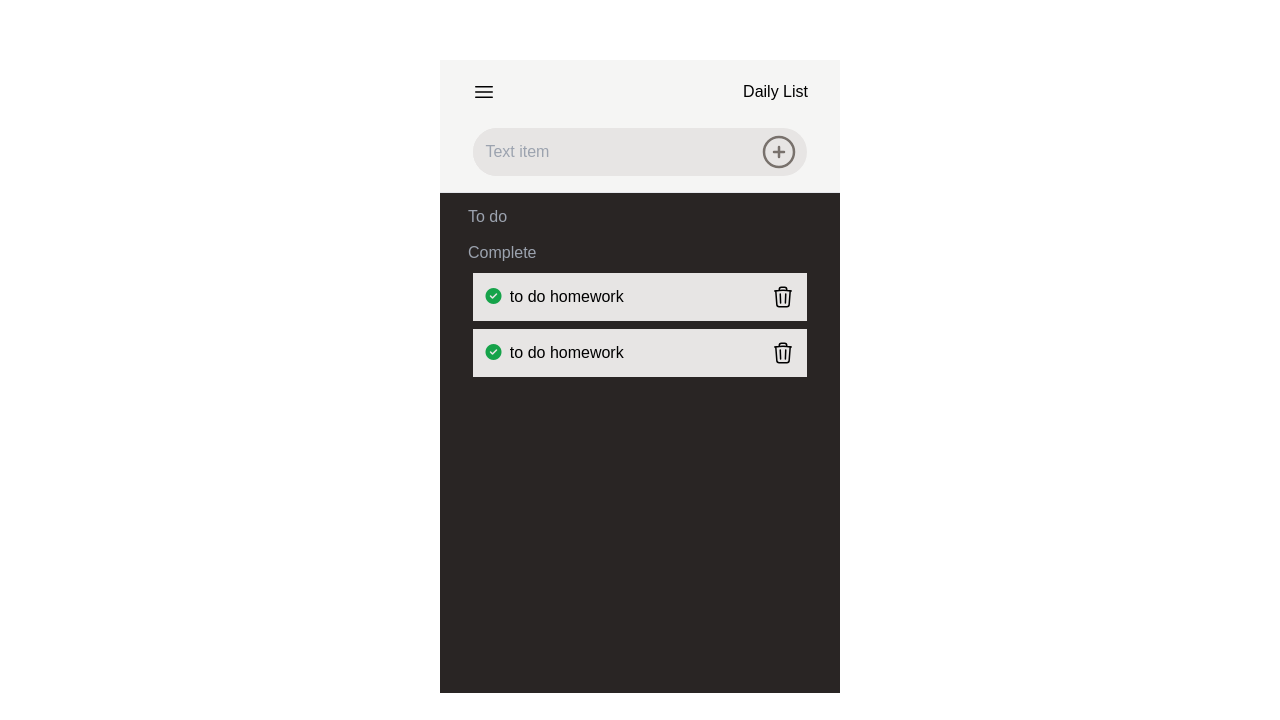
Repository: hsumyatm7308/TodolistbyPHP
Page: http://localhost/
An editor plug-in stored every save of this project. The page is shown before and after the next save, followed by the edit.
The browser window is 1280 px wide. The pictures show the whole page.
Some web libraries are served in a nearby version. The page is run by PHP 8.4 with error messages shown; the project is at /var/www/html/. Queries for data that is not in the repository find no rows.

Above is the page before, as saved 2023-07-09 22:32:17.

### index.php
<!DOCTYPE html>
<html lang="en">

<head>
    <meta charset="UTF-8">
    <meta name="viewport" content="width=device-width, initial-scale=1.0">
    <title>To Do List</title>
    <link rel="stylesheet" href="https://cdnjs.cloudflare.com/ajax/libs/font-awesome/6.4.0/css/all.min.css">
    <script src="https://cdn.tailwindcss.com"></script>

    <style>
        * {
            font-family: sans-serif;
        }
    </style>

</head>

<body>
    <div class="w-screen h-screen container flex justify-center items-center">
        <div class="w-[400px] h-[600px] bg-stone-100">
            <!-- header nav  -->
            <div class="w-full h-14 flex justify-between items-center p-8">
                <div>
                    <svg xmlns="http://www.w3.org/2000/svg" fill="none" viewBox="0 0 24 24" stroke-width="1.5"
                        stroke="currentColor" class="w-6 h-6">
                        <path stroke-linecap="round" stroke-linejoin="round"
                            d="M3.75 6.75h16.5M3.75 12h16.5m-16.5 5.25h16.5" />
                    </svg>

                </div>
                <div>
                    <h4> Daily List</h4>
                </div>
            </div>

            <?php

            include("create.php");

            ?>

            <div class="w-full h-[500px] bg-stone-800 overflow-y-scroll scrollbar-hide">

                <?php

                include("updatetodo.php");
                include("complete.php");

                ?>
            </div>







        </div>
    </div>
</body>

</html>

### create.php
<?php
session_start();
ini_set('display_errors', 1);

require_once("database.php");

if ($_SERVER['REQUEST_METHOD'] === 'POST') {
    global $conn;

    $getdata = $_POST['textbox'];


    try {
        $stmt = $conn->prepare("INSERT INTO todolist (task) VALUES ( :task)");


        $task = $getdata;


        $stmt->bindParam(':task', $task);

        $stmt->execute();
    } catch (Exception $e) {
        echo "Error Found: " . $e->getMessage();
    }
}


?>





<!-- to do form  -->
<form action="" method="post" enctype="multipart/form-data">


    <div class="w-full h-auto flex justify-center items-center p-1">
        <div class="w-[85%] h-auto bg-stone-200 flex justify-between items-center rounded-3xl">
            <input type="text" name="textbox"
                class="w-[85%] bg-stone-200 rounded-tl-3xl rounded-bl-3xl p-3 focus:outline-none"
                placeholder="Text item">

            <button type="submit" name="submit" class="">
                <svg xmlns="http://www.w3.org/2000/svg" fill="none" viewBox="0 0 24 24" stroke-width="1.5"
                    stroke="currentColor" class="w-10 h-10 mr-2 text-stone-500 hover:text-stone-600">
                    <path stroke-linecap="round" stroke-linejoin="round"
                        d="M12 9v6m3-3H9m12 0a9 9 0 11-18 0 9 9 0 0118 0z" />
                </svg>
            </button>
        </div>

    </div>
    <hr class="mt-3">
</form>

### database.php
<?php

$dbhost = 'localhost';
$dbuser = 'root';
$dbpass = '';
$dbname = 'hmmdb';


try{

    $conn = new PDO("mysql:host=$dbhost;dbname=$dbname", $dbuser, $dbpass);
    $conn->setAttribute(PDO::ATTR_ERRMODE, PDO::ERRMODE_EXCEPTION);

    // echo "Connection successful";


}catch(Exception $e){
    "Error Found:".$e->getMessage();
}




?>

### updatetodo.php
<?php

// session_start();
ini_set('display_errors', 1);

require_once("database.php");
require_once("create.php");

try {

    global $conn;

    $stmt = $conn->prepare("SELECT id,task FROM todolist");
    $stmt->execute();



} catch (Exception $e) {
    "Found Error : " . $e->getMessage();
}

?>








<!-- update to do  -->
<form action="" method="post" class="mt-3" enctype="multipart/form-data">
    <h3 class="text-gray-400 ml-7 mb-1">To do</h3>


    <?php while ($row = $stmt->fetch()): ?>

        <div name="taskitems" class="w-full h-auto flex justify-center items-center p-1">


            <div class="w-[85%] h-auto bg-stone-200 flex justify-between items-center p-3">
                <span>
                    <i class="fa-regular fa-circle-check"></i>
                    <span class="ml-1">
                        <?php echo $row['task'] ?>
                    </span>
                </span>

                <div>
                    <svg xmlns="http://www.w3.org/2000/svg" fill="none" viewBox="0 0 24 24" stroke-width="1.5"
                        stroke="currentColor" class="w-6 h-6">
                        <path stroke-linecap="round" stroke-linejoin="round"
                            d="M16.862 4.487l1.687-1.688a1.875 1.875 0 112.652 2.652L10.582 16.07a4.5 4.5 0 01-1.897 1.13L6 18l.8-2.685a4.5 4.5 0 011.13-1.897l8.932-8.931zm0 0L19.5 7.125M18 14v4.75A2.25 2.25 0 0115.75 21H5.25A2.25 2.25 0 013 18.75V8.25A2.25 2.25 0 015.25 6H10" />
                    </svg>
                </div>
            </div>



        </div>

    <?php endwhile; ?>







</form>

### complete.php
      <!-- complete work -->
      <form action="" method="post" class="mt-3" enctype="multipart/form-data">
                <h3 class="text-gray-400 ml-7 mb-1">Complete</h3>

                <div class="w-full h-auto flex justify-center items-center p-1">


                    <div class="w-[85%] h-auto bg-stone-200 flex justify-between items-center p-3">

                        <span>
                            <i class="fa-solid fa-circle-check text-green-600"></i>
                            <span class="ml-1">to do homework</span>
                        </span>

                        <div>
                            <svg xmlns="http://www.w3.org/2000/svg" fill="none" viewBox="0 0 24 24" stroke-width="1.5"
                                stroke="currentColor" class="w-6 h-6">
                                <path stroke-linecap="round" stroke-linejoin="round"
                                    d="M14.74 9l-.346 9m-4.788 0L9.26 9m9.968-3.21c.342.052.682.107 1.022.166m-1.022-.165L18.16 19.673a2.25 2.25 0 01-2.244 2.077H8.084a2.25 2.25 0 01-2.244-2.077L4.772 5.79m14.456 0a48.108 48.108 0 00-3.478-.397m-12 .562c.34-.059.68-.114 1.022-.165m0 0a48.11 48.11 0 013.478-.397m7.5 0v-.916c0-1.18-.91-2.164-2.09-2.201a51.964 51.964 0 00-3.32 0c-1.18.037-2.09 1.022-2.09 2.201v.916m7.5 0a48.667 48.667 0 00-7.5 0" />
                            </svg>

                        </div>

                    </div>



                </div>

                <div class="w-full h-auto flex justify-center items-center p-1">

                    <div class="w-[85%] h-auto bg-stone-200 flex justify-between items-center p-3">

                        <span>
                            <i class="fa-solid fa-circle-check text-green-600"></i>
                            <span class="ml-1">to do homework</span>
                        </span>

                        <div>
                            <svg xmlns="http://www.w3.org/2000/svg" fill="none" viewBox="0 0 24 24" stroke-width="1.5"
                                stroke="currentColor" class="w-6 h-6">
                                <path stroke-linecap="round" stroke-linejoin="round"
                                    d="M14.74 9l-.346 9m-4.788 0L9.26 9m9.968-3.21c.342.052.682.107 1.022.166m-1.022-.165L18.16 19.673a2.25 2.25 0 01-2.244 2.077H8.084a2.25 2.25 0 01-2.244-2.077L4.772 5.79m14.456 0a48.108 48.108 0 00-3.478-.397m-12 .562c.34-.059.68-.114 1.022-.165m0 0a48.11 48.11 0 013.478-.397m7.5 0v-.916c0-1.18-.91-2.164-2.09-2.201a51.964 51.964 0 00-3.32 0c-1.18.037-2.09 1.022-2.09 2.201v.916m7.5 0a48.667 48.667 0 00-7.5 0" />
                            </svg>


                        </div>

                    </div>



                </div>
            </form>

After the next save:
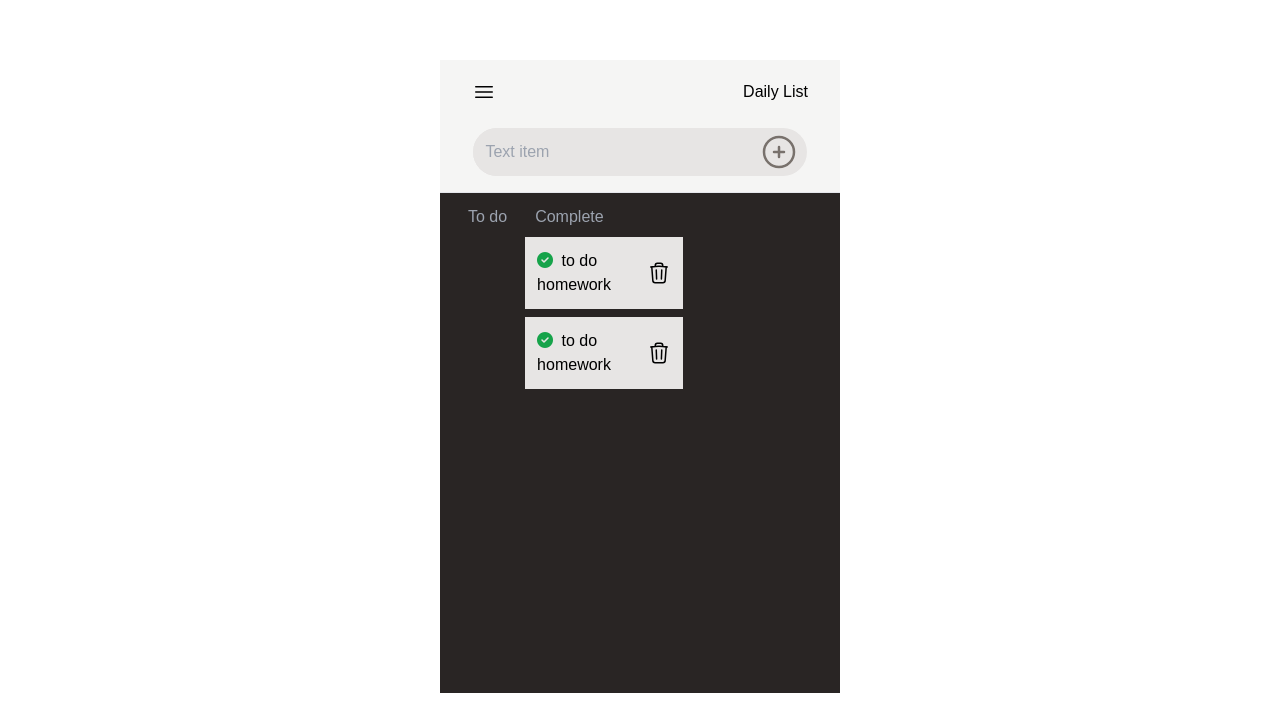
Saved 41 s later.
--- a/index.php
+++ b/index.php
@@ -40,7 +40,7 @@
 
             ?>
 
-            <div class="w-full h-[500px] bg-stone-800 overflow-y-scroll scrollbar-hide">
+            <div class="w-full h-[500px] bg-stone-800 flex whitespace-nowwrap overflow-y-scroll scrollbar-hide">
 
                 <?php
 
